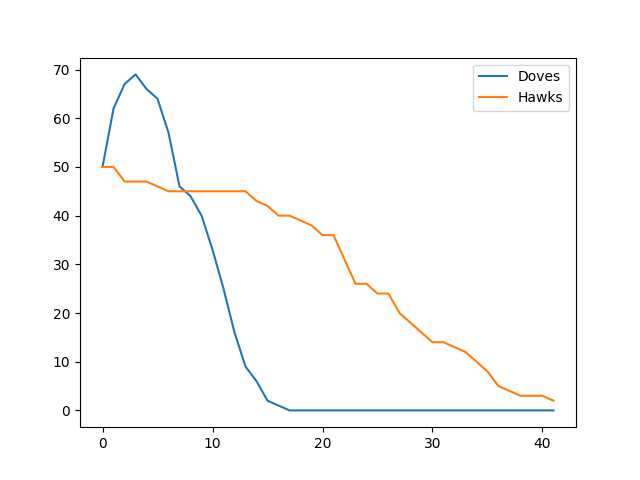
Repository: PatLaCisay/python-hawkdove-master
Script's output: python hawkdove.py
An editor plug-in stored every save of this project. The script's output is shown before and after the next save, followed by the edit.
Random numbers start from a fixed seed.

Above is the script's output before, as saved 2023-03-07 15:08:48.

### hawkdove.py
#!/usr/bin/python
from random import choice, randint
from time import perf_counter
from pylab import plot, show, legend

STARTING_DOVES = 50
STARTING_HAWKS = 50
STARTING_POPULATION = STARTING_HAWKS + STARTING_DOVES

ROUNDS = 50
STARTING_ENERGY = 100

MIN_FOOD_PER_ROUND = 40
MAX_FOOD_PER_ROUND = 70

ENERGY_REQUIRED_FOR_REPRODUCTION = 40
ENERGY_LOSS_FROM_FIGHTING = 50
ENERGY = 5

ENERGY_REQUIRED_FOR_LIVING = 10

STATUS_ACTIVE = "active"
STATUS_ASLEEP = "asleep"

TYPE_HAWK = "hawk"
TYPE_DOVE = "dove"

agents = []

# Graph stuff
graph_hawk_points = []
graph_dove_points = []

# Profiling


class Agent:
	id = 0
	agent_type = None
	status = STATUS_ACTIVE
	energy = STARTING_ENERGY


def main():
	init()
	current_round = 1
	death_count = 0
	dead_hawks  = 0
	dead_doves  = 0
	breed_count = 0
	main_tic = perf_counter()

	while current_round <= ROUNDS and len(agents) > 2 :
		if(getAgentCountByType(TYPE_DOVE)+getAgentCountByType(TYPE_HAWK)>=20000):
				break

		tic = perf_counter()
		awakenAgents()

		food = getFood()
		if (current_round==1) :
			round_dead_hawks=0
			round_dead_doves=0
			round_hawk_babies=0
			round_dove_babies=0
		else:
			# This could be optimized further by creating a list every time
			# that only has active agents, so it isn't iterating over entire list every time
			while True:
				agent, nemesis = getRandomAgents()
				if agent is None or nemesis is None:
					break
				compete(agent, nemesis, food)


			round_dead_hawks, round_dead_doves = cull()
			death_count += (round_dead_hawks + round_dead_doves)

		toc = perf_counter()

		print("ROUND %d" % current_round)
		print("Food produced          : %d" % food)
		print("Population             : Hawks-> %d, Doves-> %d" % (getAgentCountByType(TYPE_HAWK), getAgentCountByType(TYPE_DOVE)))
		print("Dead hawks             : %d" % round_dead_hawks)
		print("Dead doves             : %d" % round_dead_doves)
		print("Hawk babies            : %s" % round_hawk_babies)
		print("Dove babies            : %s" % round_dove_babies)
		print("Hawks                  : %s" % getPercByType(TYPE_HAWK))
		print("Doves                  : %s" % getPercByType(TYPE_DOVE))
		print("----")
		print("Round Processing time  : %s" % getTimeFormatted(toc - tic))
		print("Elapsed time           : %s\n" % getTimeFormatted(perf_counter() - main_tic))

		# Plot
		graph_hawk_points.append(getAgentCountByType(TYPE_HAWK))
		graph_dove_points.append(getAgentCountByType(TYPE_DOVE))

		current_round += 1


	main_toc = perf_counter()

	print("=============================================================")
	print("Total dead agents      : %d" % death_count)
	print("Total breeding agents  : %d" % breed_count)
	print("Total rounds completed : %d" % (current_round - 1))
	print("Total population size  : %s" % len(agents))
	print("Hawks                  : %s" % getPercByType(TYPE_HAWK))
	print("Doves                  : %s" % getPercByType(TYPE_DOVE))
	print("Processing time        : %s" % getTimeFormatted(main_toc - main_tic))
	print("=============================================================")


def init():

	for x in range(0,STARTING_DOVES):
		a = Agent()
		a.agent_type = TYPE_DOVE
		agents.append(a)

	for x2 in range(0,STARTING_HAWKS):
		a2 = Agent()
		a2.agent_type = TYPE_HAWK
		agents.append(a2)


def getAvgFromList(list):
	return float( sum(list) / len(list) )


def getTimeFormatted(seconds):
	m, s = divmod(seconds, 60)
	return "%02d:%02d" % (m, s)


def getFood():
	return randint(MIN_FOOD_PER_ROUND, MAX_FOOD_PER_ROUND)


def getPercByType(agent_type):
	perc = float(getAgentCountByType(agent_type)) / float(len(agents))
	return '{percent:.2%}'.format(percent=perc)


def getAliveAgentsCount():
	return getAgentCountByStatus(STATUS_ACTIVE) + getAgentCountByStatus(STATUS_ASLEEP)


def getRandomAgents():
	nemesis = None
	active_agents = list(generateAgentsByStatus(STATUS_ACTIVE))
	if len(active_agents) < 2:
		return None, None
	max_index = len(active_agents) - 1
	agent = active_agents[ randint(0, max_index) ]
	while nemesis is None:
		n = active_agents[ randint(0, max_index) ]
		if n is not agent:
			nemesis = n

	return agent, nemesis


def awakenAgents():
	for agent in agents:
		agent.status = STATUS_ACTIVE


def generateAgentsByType(agent_type):
	for agent in agents:
		if agent.agent_type == agent_type:
			yield agent


def generateAgentsByStatus(status):
	for agent in agents:
		if agent.status == status:
			yield agent


def getEnergyFromFood(food):
	return food # 1 to 1


def getAgentCountByStatus(status):
	count = len( list(generateAgentsByStatus(status)) )
	return count


def getAgentCountByType(agent_type):
	return len( list(generateAgentsByType(agent_type)) )


def compete(agent, nemesis, food):
	winner = choice([agent, nemesis])
	loser = agent if (winner is nemesis) else nemesis
	if agent.agent_type == TYPE_HAWK and nemesis.agent_type == TYPE_HAWK:
		if (getAgentCountByType(TYPE_HAWK)/(getAgentCountByType(TYPE_HAWK)+getAgentCountByType(TYPE_DOVE))) > 0.28:
			winner.energy += getEnergyFromFood(food) - ENERGY_LOSS_FROM_FIGHTING
			loser.energy  -= ENERGY_LOSS_FROM_FIGHTING
		else :
			winner.energy -= ENERGY
			loser.energy -= ENERGY
			breed(winner)

	if agent.agent_type == TYPE_HAWK and nemesis.agent_type == TYPE_DOVE:
		agent.energy += getEnergyFromFood(food) - ENERGY
		nemesis.energy -= ENERGY_LOSS_FROM_FIGHTING

	if agent.agent_type == TYPE_DOVE and nemesis.agent_type == TYPE_HAWK:
		nemesis.energy += getEnergyFromFood(food) - ENERGY
		agent.energy -= ENERGY_LOSS_FROM_FIGHTING

	if agent.agent_type == TYPE_DOVE and nemesis.agent_type == TYPE_DOVE:
		agent.energy += getEnergyFromFood(food)/2 - ENERGY
		nemesis.energy += getEnergyFromFood(food)/2 - ENERGY
		breed(winner)

	nemesis.status = agent.status = STATUS_ASLEEP


def getNewAgent(agent_type, starting_energy=STARTING_ENERGY, status=STATUS_ASLEEP):
	agent = Agent()
	agent.agent_type = agent_type
	agent.status = status
	agent.energy = starting_energy
	return agent


def breed(agent):
		if agent.energy > ENERGY_REQUIRED_FOR_REPRODUCTION:
			agent.energy /= 2

			if agent.agent_type == TYPE_DOVE:
				baby_agent = getNewAgent(agent.agent_type, (agent.energy/2))
				agents.append(baby_agent)

			if (agent.agent_type == TYPE_HAWK):
				baby_agent = getNewAgent(agent.agent_type, (agent.energy/2))
				agents.append(baby_agent)



"""
def count_breeds():

	hawk_babies = 0
	dove_babies = 0
	for agent in agents:
		if agent.energy > ENERGY_REQUIRED_FOR_REPRODUCTION:
			baby_agent_a = getNewAgent(agent.agent_type, (agent.energy/2))
			baby_agent_b = getNewAgent(agent.agent_type, (agent.energy/2))

			agents.append(baby_agent_b)
			agents.append(baby_agent_a)

			agent.energy /= 2

			if agent.agent_type == TYPE_DOVE: dove_babies += 4
			if (agent.agent_type == TYPE_HAWK):

				if randint(0,100)==1 :
					hawk_babies += 1


	return hawk_babies, dove_babies
"""
def cull():

	dead_hawks = 0
	dead_doves = 0
	for index, agent in enumerate(agents):
		if agent.energy < ENERGY_REQUIRED_FOR_LIVING:
			if agent.agent_type == TYPE_DOVE: dead_doves += 1
			if agent.agent_type == TYPE_HAWK: dead_hawks += 1
			del agents[index]


	return dead_hawks, dead_doves


main()
plot(graph_dove_points, label="Doves")
plot(graph_hawk_points, label="Hawks")
legend()

show()

After the next save:
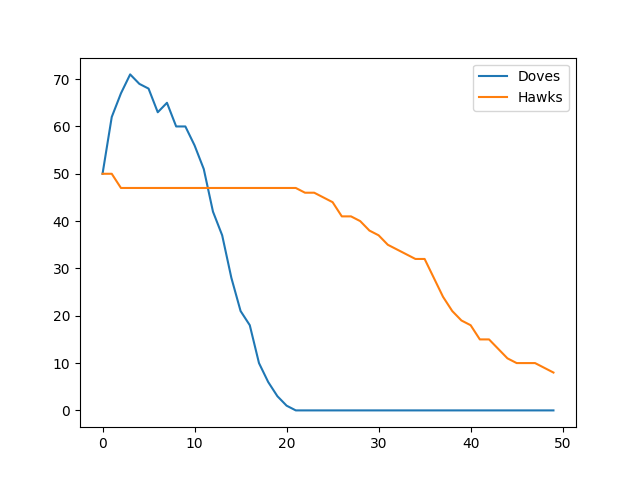
Saved 18 s later.
--- a/hawkdove.py
+++ b/hawkdove.py
@@ -15,7 +15,7 @@ MAX_FOOD_PER_ROUND = 70
 
 ENERGY_REQUIRED_FOR_REPRODUCTION = 40
 ENERGY_LOSS_FROM_FIGHTING = 50
-ENERGY = 5
+ENERGY = 2
 
 ENERGY_REQUIRED_FOR_LIVING = 10
 
